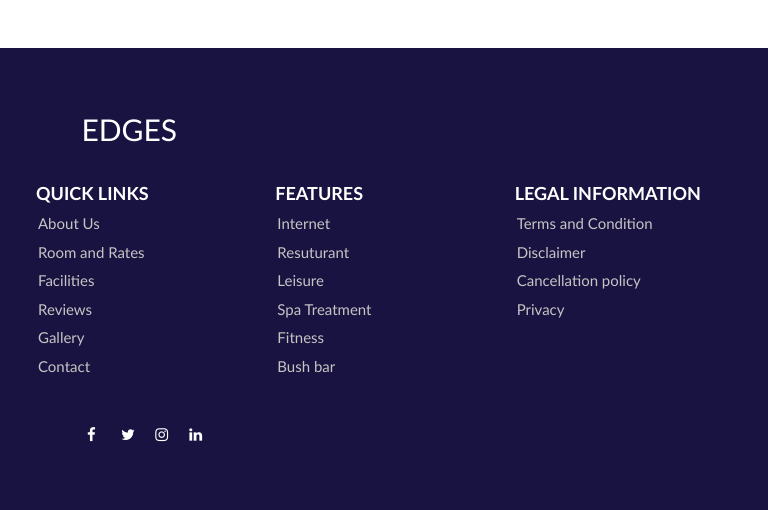
Repository: Syfon01/hotel-website
Page: index.html
The author's editor kept a copy of each file at every save. The page is drawn from the files as they stood at one save, then again after the next save.
The browser window is 768 px wide. The pictures show the part of the page from y = 2361 to 2871 px (the page is 2871 px tall before and 2859 px after).

Above is the page before, as saved 2020-06-09 18:50:22.

After the next save:
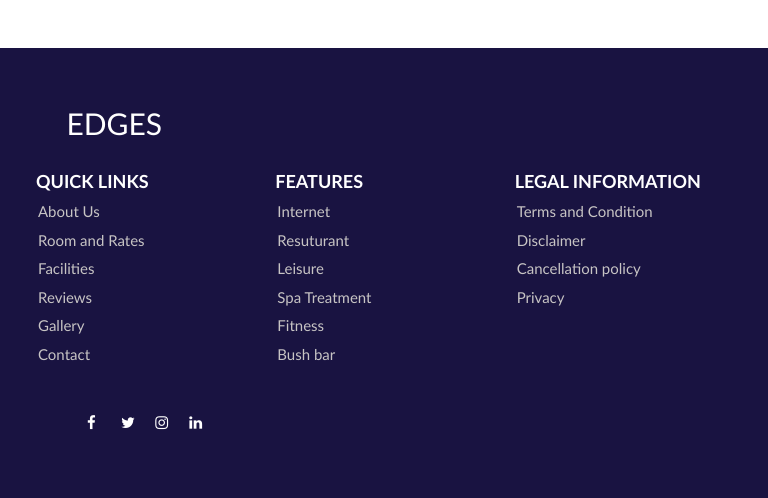
Saved 2 min 3 s later.
--- a/style.css
+++ b/style.css
@@ -407,9 +407,6 @@ footer h2 {
 
   }
 
-  footer h2 {
-    padding: 0.5em
-  }
 
   #theader {
 
